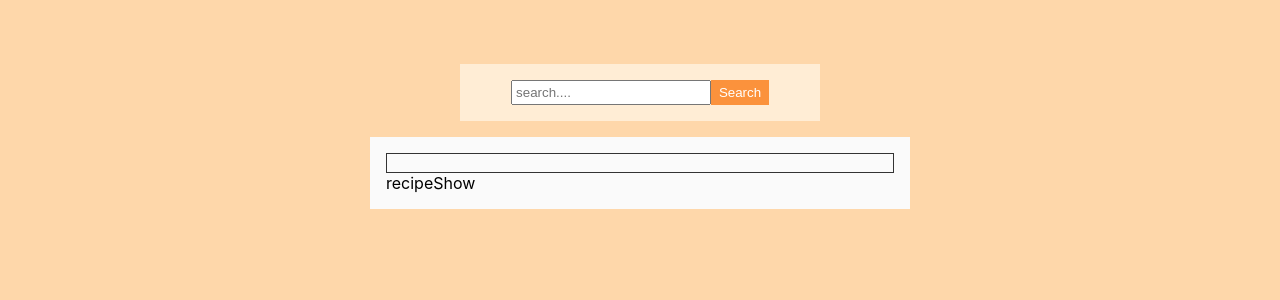
Repository: sandipkarmokar/recipeApp
Page: /
An editor plug-in stored every save of this project. The page is shown before and after the next save, followed by the edit.
The browser window is 1280 px wide. The pictures show the whole page.
The project was rebuilt for these pictures with package versions that can differ from the ones it lists, and the page was loaded fresh each time.

Above is the page before, as saved 2022-04-15 17:02:28.

After the next save:
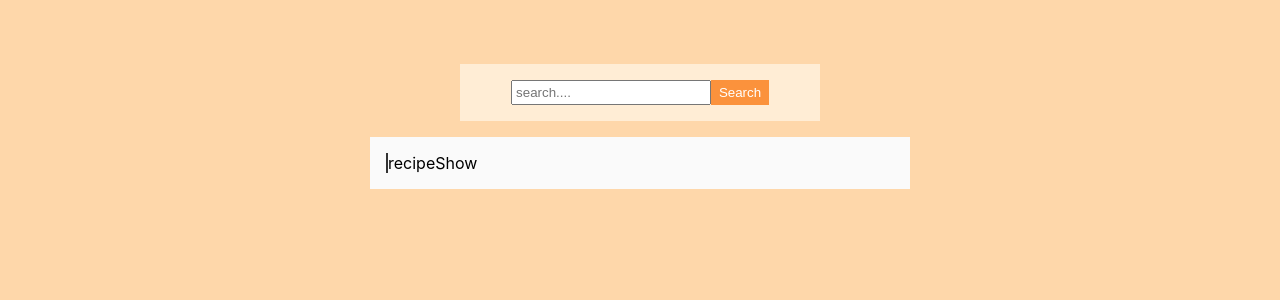
Saved 10 s later.
--- a/src/App.css
+++ b/src/App.css
@@ -52,9 +52,9 @@
     margin: 1rem auto;
     background-color: #fafafa;
     padding: 1rem;
+    display: flex;
 }
 
 .app .app-container .app-modal .recipeList {
     border: 1px solid #333;
-    height: 20px;
 }
